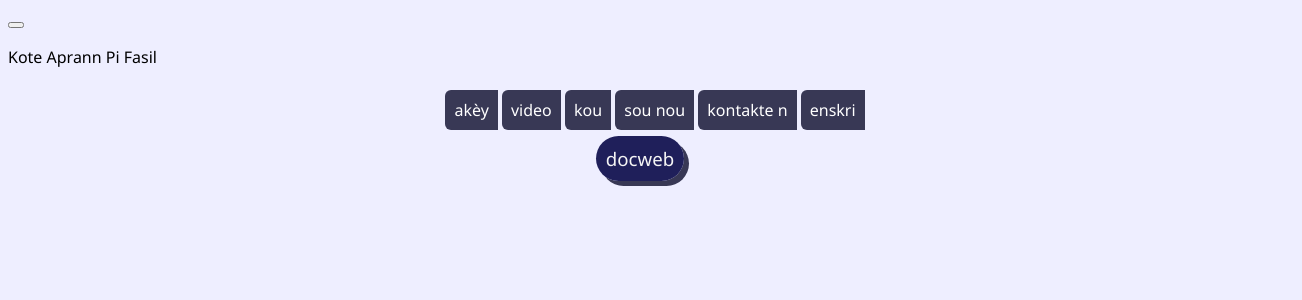
Repository: duperweb/docweb
Page: index.html
These files come from the project's save history. The page is drawn as it stood at one moment and after a run of saves; the edit follows.
The browser window is 1280 px wide. The page is 1302 px wide, so the pictures cover 1302 px, including what lies to the right of the window. The pictures show the whole page.

Above is the page before, as saved 2021-03-16 15:11:20.

After the next 2 saves:
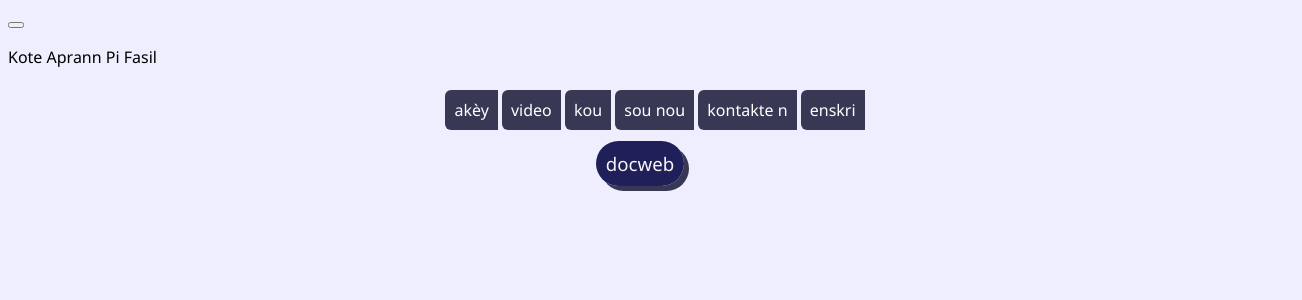
The 2 saves are shown as one change because they came seconds apart.
The last was saved 54 s later.
--- a/assets/css/home.css
+++ b/assets/css/home.css
@@ -24,7 +24,7 @@ body {
 
 #nav-horizontal-menu {
     width: 100%;
-    margin: 10px auto;
+    margin: 15px auto;
     padding: 15px;
     border-radius: 0 0 6px 6px;
     text-align: center;
